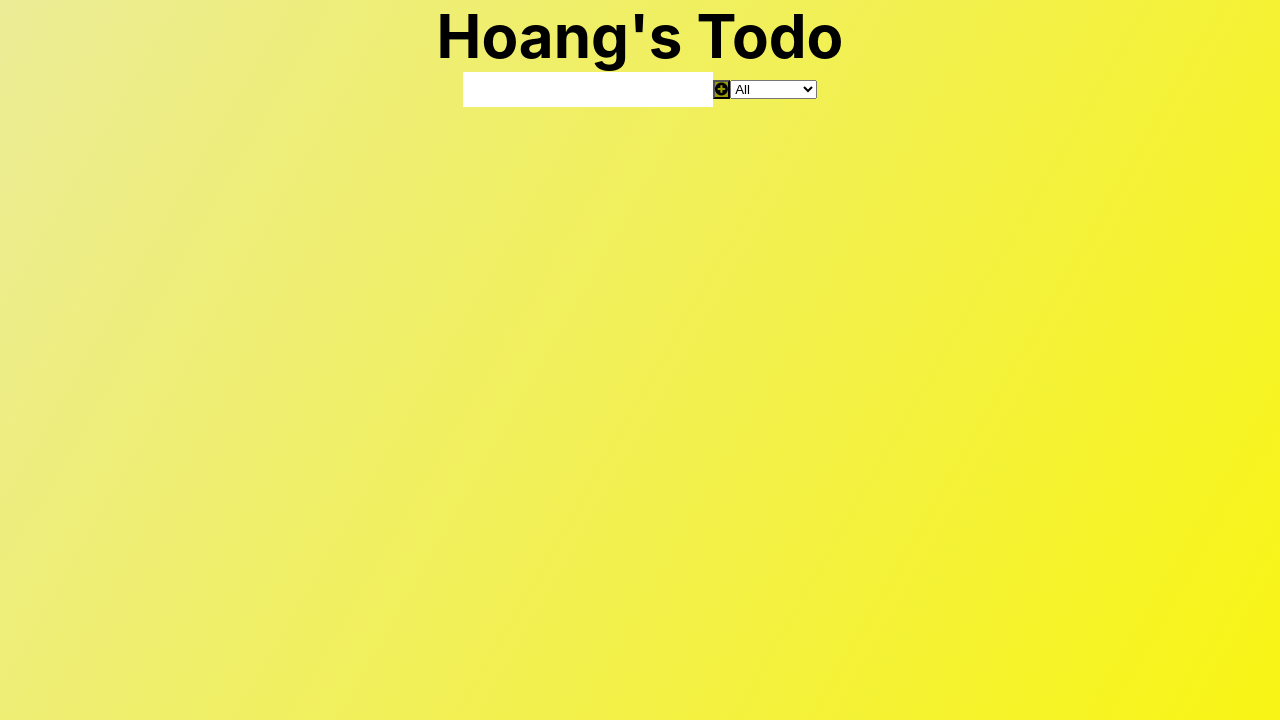
Repository: DinhHoang0607/TodoReact
Page: /
An editor plug-in stored every save of this project. The page is shown before and after a run of saves, followed by the edit.
The browser window is 1280 px wide. The pictures show the whole page.
Some web libraries are served in a nearby version. The project was rebuilt for these pictures with package versions that can differ from the ones it lists, and the page was loaded fresh each time.

Above is the page before, as saved 2021-09-09 20:27:56.

After the next 3 saves:
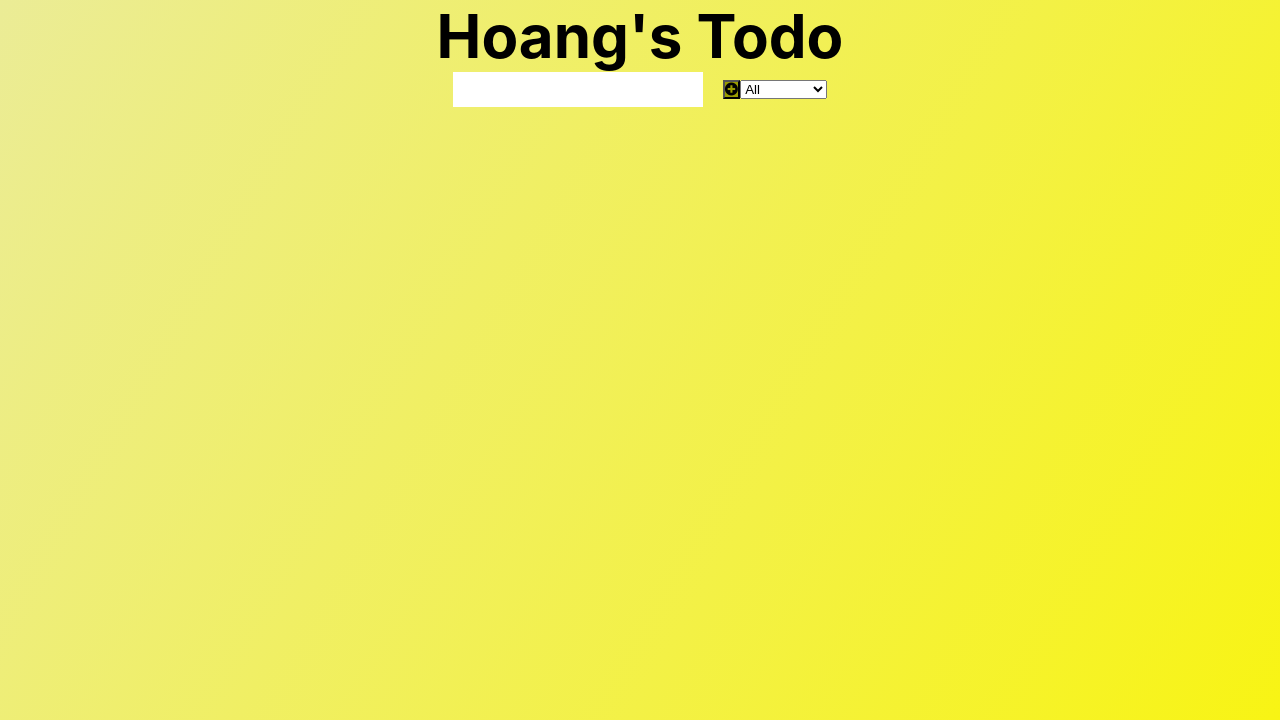
The 3 saves are shown as one change because they came seconds apart.
The last was saved 114 s later.
--- a/src/App.css
+++ b/src/App.css
@@ -31,4 +31,5 @@ form {
 }
 .form__btn {
   background-color: #9a9c01;
+  margin-left: 2rem;
 }
